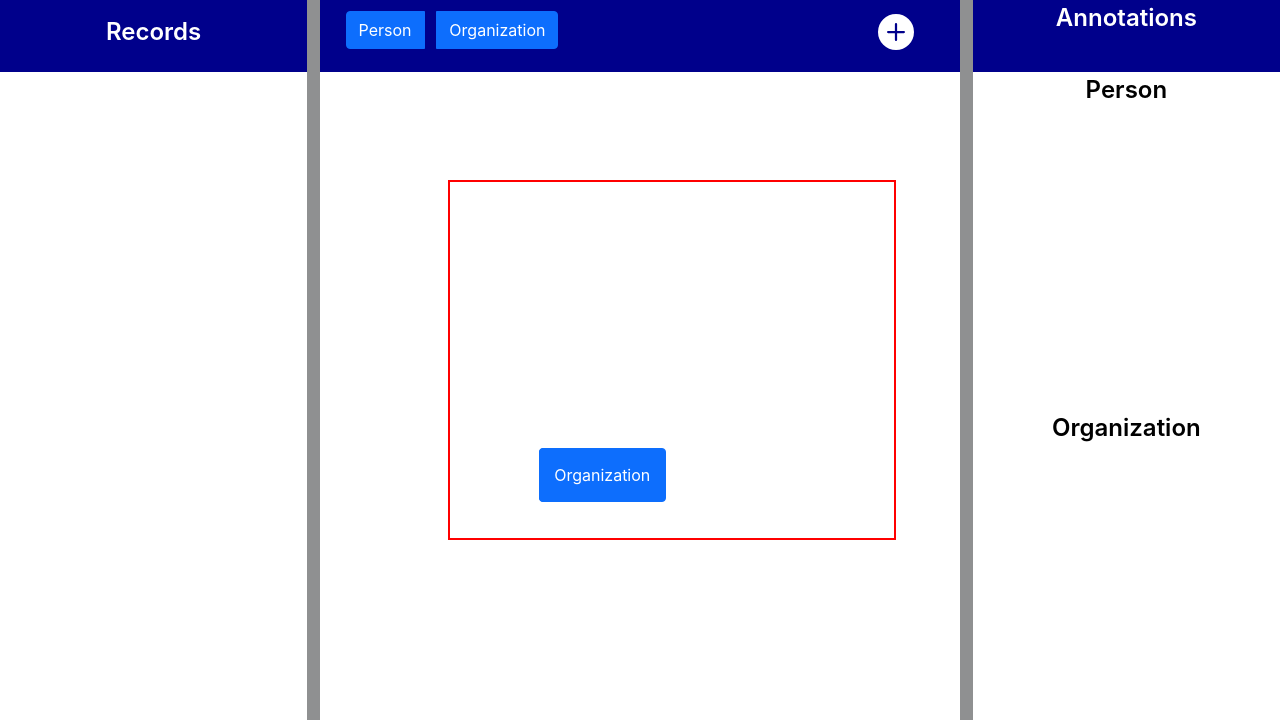
Repository: napan24/classforma_assignment
Page: / (app in client/)
The author's editor kept a copy of each file at every save. The page is drawn from the files as they stood at one save, then again after the next save.
The browser window is 1280 px wide. The pictures show the whole page.
The project was rebuilt for these pictures with package versions that can differ from the ones it lists, and the page was loaded fresh each time. Also part of the build but not shown: client/src/App.css.

Above is the page before, as saved 2022-07-20 16:41:37.

### client/public/index.html
<!DOCTYPE html>
<html lang="en">
  <head>
    <meta charset="utf-8" />
    <link rel="icon" href="%PUBLIC_URL%/favicon.ico" />
    <meta name="viewport" content="width=device-width, initial-scale=1" />
    <meta name="theme-color" content="#000000" />
    <meta
      name="description"
      content="Web site created using create-react-app"
    />
    <link href="https://cdn.jsdelivr.net/npm/bootstrap@5.1.3/dist/css/bootstrap.min.css" rel="stylesheet" integrity="sha384-1BmE4kWBq78iYhFldvKuhfTAU6auU8tT94WrHftjDbrCEXSU1oBoqyl2QvZ6jIW3" crossorigin="anonymous">
    <link rel="apple-touch-icon" href="%PUBLIC_URL%/logo192.png" />
    <!--
      manifest.json provides metadata used when your web app is installed on a
      user's mobile device or desktop. See https://developers.google.com/web/fundamentals/web-app-manifest/
    -->
    <link rel="manifest" href="%PUBLIC_URL%/manifest.json" />
    <!--
      Notice the use of %PUBLIC_URL% in the tags above.
      It will be replaced with the URL of the `public` folder during the build.
      Only files inside the `public` folder can be referenced from the HTML.

      Unlike "/favicon.ico" or "favicon.ico", "%PUBLIC_URL%/favicon.ico" will
      work correctly both with client-side routing and a non-root public URL.
      Learn how to configure a non-root public URL by running `npm run build`.
    -->
    <title>React App</title>
  </head>
  <body>
    <noscript>You need to enable JavaScript to run this app.</noscript>
    <div id="root"></div>
    <!--
      This HTML file is a template.
      If you open it directly in the browser, you will see an empty page.

      You can add webfonts, meta tags, or analytics to this file.
      The build step will place the bundled scripts into the <body> tag.

      To begin the development, run `npm start` or `yarn start`.
      To create a production bundle, use `npm run build` or `yarn build`.
    -->
    <script src="https://cdn.jsdelivr.net/npm/bootstrap@5.1.3/dist/js/bootstrap.bundle.min.js" integrity="sha384-ka7Sk0Gln4gmtz2MlQnikT1wXgYsOg+OMhuP+IlRH9sENBO0LRn5q+8nbTov4+1p" crossorigin="anonymous"></script>
  </body>
</html>

### client/src/App.js
import logo from './logo.svg';
import './App.css';
import Home from './Home';

function App() {
  return (
    <>
      <Home></Home>
    </>
  );
}

export default App;

### client/src/Home.js
'strict origin'
import React, { useState, useEffect } from 'react'
const Home = () => {
    const [textField, setTextField] = useState();
    const [person, setPerson] = useState();
    const [place, setPlace] = useState();
    const [personName, setPersonName] = useState(['']);
    const [placeName, setPlaceName] = useState(['']);
    useEffect(() => {
        if (textField) {
            trending();
        }
    }, [textField])
    const trending = async () => {
        const res = await fetch("/", {
            method: 'POST',
            headers: {
                "Content-Type": "application/json"
            },
            body: JSON.stringify({ textField })
        });
        const result = await res.json();
        console.log(result);
        setPerson(result.filter((arr) => arr.type == 'Person'));
        setPlace(result.filter((arr) => arr.type[0] == 'Place' || arr.type[0] == 'PopulatedPlace' || arr.type[0] == 'Settlement' || arr.type[0] == 'City'));
    };
    useEffect(() => {
        setPersonName(['']);
        if (person) {
            person.forEach(function (arrayItem) {
                setPersonName(curr => [...curr, arrayItem.entityId]);
            });
        }
    }, [person])
    useEffect(() => {
        setPlaceName(['']);
        if (place) {
            console.log(place);
            place.forEach(function (arrayItem) {
                setPlaceName(curr => [...curr, arrayItem.entityId]);
            });
        }
    }, [place])
    const showFile = async (e) => {
        e.preventDefault()
        const reader = new FileReader()
        reader.onload = async (e) => {
            const text = (e.target.result)
            setTextField(text);
        };
        reader.readAsText(e.target.files[0])
    }
    function replace(e) {
        var data = e.currentTarget.parentElement.querySelector('.userName').innerHTML;
        setTextField(textField.replace(data, ''));
    }
    return (
        <>
            <div style={{ height: "50vh", width: "35vw", backgroundColor: "white", position: "absolute", zIndex: '2', left: "35%", top: "25%", border: "2px solid red" }}>
                <button type="button" class="btn btn-primary" style={{ marginRight: "1vw",position:"absolute",bottom:"10%",left:"20%",padding:"2vh" }}>Person</button>
                <button style={{ marginRight: "1vw",position:"absolute",bottom:"10%",left:"20%",padding:"2vh" }} type="button" class="btn btn-primary">Organization</button>
            </div>
            <div style={{ display: 'flex', width: "100vw", height: "100vh", backgroundColor: "#8f9091", overflow: "hidden" }}>
                <div style={{ width: "24vw", height: "100vh", backgroundColor: "white", marginRight: "1vw" }}>
                    <div style={{ width: "24vw", height: "10vh", backgroundColor: "#00008b", textAlign: 'center', fontSize: '150%', color: "white", fontWeight: "600", position: "fixed" }}>
                        <p style={{ marginTop: "2vh" }}>
                            Records
                        </p>
                    </div>
                    <div>

                    </div>
                </div>
                <div style={{ width: "50vw", height: "100vh", backgroundColor: "white", marginRight: "1vw", overflowY: "unset" }}>
                    <div style={{ width: "50vw", height: "10vh", backgroundColor: "#00008b", position: 'relative', overflowY: 'hidden' }}>
                        <div class="btn-group" style={{ marginTop: "1.5vh", marginLeft: "2vw" }}>
                            <button type="button" class="btn btn-primary" style={{ marginRight: "1vw" }}>Person</button>
                            <button type="button" class="btn btn-primary">Organization</button>
                        </div>
                        <label for="file">
                            <svg style={{ width: "20%", height: "50%", position: "absolute", right: "0", top: "2vh", color: "white" }} xmlns="http://www.w3.org/2000/svg" fill="currentColor" class="bi bi-plus-circle-fill" viewBox="0 0 16 16">
                                <path d="M16 8A8 8 0 1 1 0 8a8 8 0 0 1 16 0zM8.5 4.5a.5.5 0 0 0-1 0v3h-3a.5.5 0 0 0 0 1h3v3a.5.5 0 0 0 1 0v-3h3a.5.5 0 0 0 0-1h-3v-3z" />
                            </svg>
                        </label>
                        <input type="file" id="file" onChange={(e) => showFile(e)} style={{ display: "none" }} />
                    </div>
                    <div style={{ width: "48vw", height: "85vh", marginLeft: "2vw", marginTop: "5vh", overflowY: "scroll" }}>
                        {textField}
                    </div>
                </div>
                <div style={{ width: "24vw", height: "100vh", backgroundColor: "white" }}>
                    <div style={{ width: "24vw", height: "10vh", backgroundColor: "#00008b", textAlign: 'center', fontSize: '150%', color: "white", fontWeight: "600" }}>
                        <p>
                            Annotations
                        </p>
                    </div>
                    <div style={{ width: "24vw", height: "5vh", backgroundColor: "white", textAlign: 'center', fontSize: '150%', color: "black", fontWeight: "600", marginBottom: "2vh" }}>
                        <p>
                            Person
                        </p>
                    </div>
                    <div style={{ maxWidth: "24vw", height: "40vh", backgroundColor: "white", textAlign: 'center', fontSize: '150%', color: "black", fontWeight: "600", zIndex: "2", overflowY: "scroll", overflowX: "hidden" }}>
                        {personName && personName.map((user) => (
                            user.length > 0 && <div style={{ width: "24vw", color: "black", height: "3vh", fontSize: "2vh", position: 'relative', borderBottom: '1px solid black' }}>
                                <span className='userName' style={{ width: "12vw" }}>
                                    {user}
                                </span>
                                <svg onClick={(e) => { replace(e) }} style={{ width: "3.5vw", height: "3.5vh", position: 'absolute', right: "0vw", top: "0vh" }} xmlns="http://www.w3.org/2000/svg" style={{ height: "3vh", width: "2vw", color: 'red' }} fill="currentColor" class="bi bi-x" viewBox="0 0 16 16">
                                    <path d="M4.646 4.646a.5.5 0 0 1 .708 0L8 7.293l2.646-2.647a.5.5 0 0 1 .708.708L8.707 8l2.647 2.646a.5.5 0 0 1-.708.708L8 8.707l-2.646 2.647a.5.5 0 0 1-.708-.708L7.293 8 4.646 5.354a.5.5 0 0 1 0-.708z" />
                                </svg>
                            </div>
                        ))}
                    </div>
                    <div style={{ width: "24vw", height: "5vh", backgroundColor: "white", textAlign: 'center', fontSize: '150%', color: "black", fontWeight: "600", marginBottom: "2vh" }}>
                        <p>
                            Organization
                        </p>
                    </div>
                    <div style={{ width: "24vw", height: "40vh", backgroundColor: "white", textAlign: 'center', fontSize: '150%', color: "black", fontWeight: "600", overflowY: "scroll" }}>
                        {placeName && placeName.map((user) => (
                            user.length > 0 && <div style={{ width: "24vw", color: "black", height: "3vh", fontSize: "2vh", position: 'relative', borderBottom: '1px solid black' }}>
                                <span className='userName' style={{ width: "12vw" }}>
                                    {user}
                                </span>
                                <svg onClick={(e) => { replace(e) }} style={{ width: "3.5vw", height: "3.5vh", position: 'absolute', right: "0vw", top: "0vh" }} xmlns="http://www.w3.org/2000/svg" style={{ height: "3vh", width: "2vw", color: 'red' }} fill="currentColor" class="bi bi-x" viewBox="0 0 16 16">
                                    <path d="M4.646 4.646a.5.5 0 0 1 .708 0L8 7.293l2.646-2.647a.5.5 0 0 1 .708.708L8.707 8l2.647 2.646a.5.5 0 0 1-.708.708L8 8.707l-2.646 2.647a.5.5 0 0 1-.708-.708L7.293 8 4.646 5.354a.5.5 0 0 1 0-.708z" />
                                </svg>
                            </div>
                        ))}
                    </div>
                </div>
            </div>
        </>
    )
}

export default Home

Loaded but not shown: client/src/index.js (common file); client/src/index.css (common file); client/src/reportWebVitals.js (common file)

After the next save:
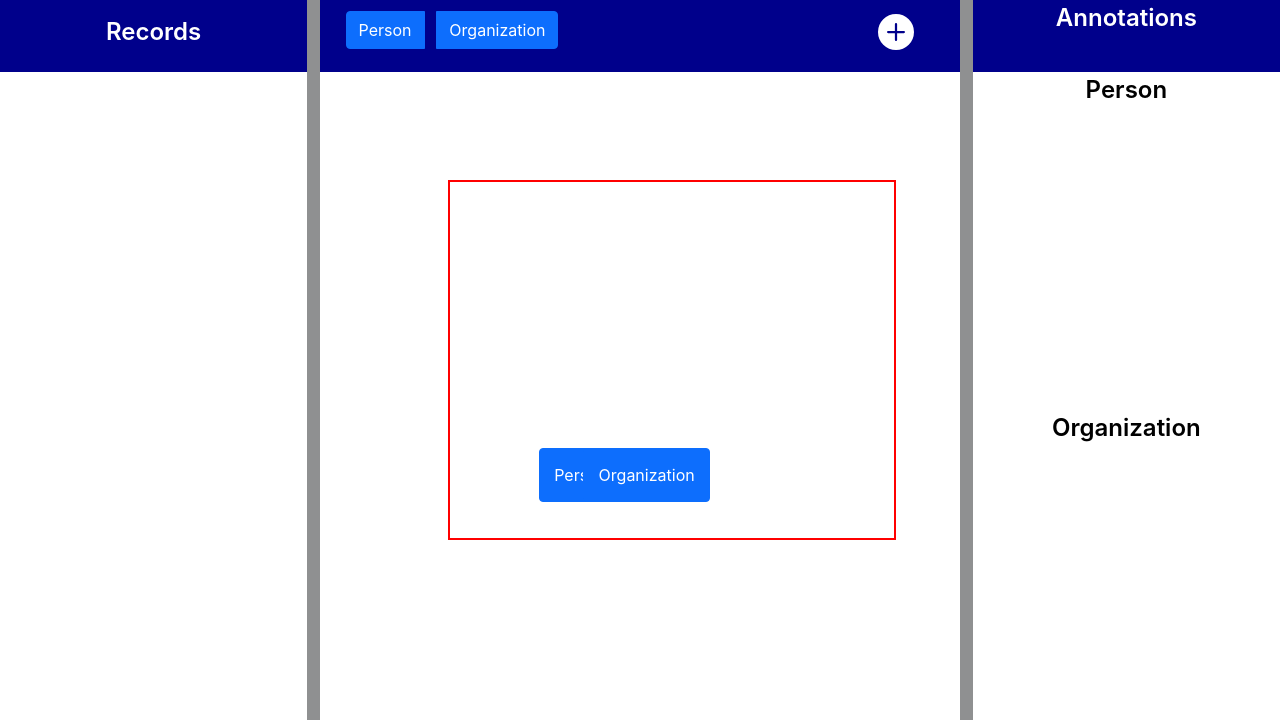
Saved 7 s later.
--- a/client/src/Home.js
+++ b/client/src/Home.js
@@ -58,7 +58,7 @@ const Home = () => {
         <>
             <div style={{ height: "50vh", width: "35vw", backgroundColor: "white", position: "absolute", zIndex: '2', left: "35%", top: "25%", border: "2px solid red" }}>
                 <button type="button" class="btn btn-primary" style={{ marginRight: "1vw",position:"absolute",bottom:"10%",left:"20%",padding:"2vh" }}>Person</button>
-                <button style={{ marginRight: "1vw",position:"absolute",bottom:"10%",left:"20%",padding:"2vh" }} type="button" class="btn btn-primary">Organization</button>
+                <button style={{ marginRight: "1vw",position:"absolute",bottom:"10%",left:"30%",padding:"2vh" }} type="button" class="btn btn-primary">Organization</button>
             </div>
             <div style={{ display: 'flex', width: "100vw", height: "100vh", backgroundColor: "#8f9091", overflow: "hidden" }}>
                 <div style={{ width: "24vw", height: "100vh", backgroundColor: "white", marginRight: "1vw" }}>
